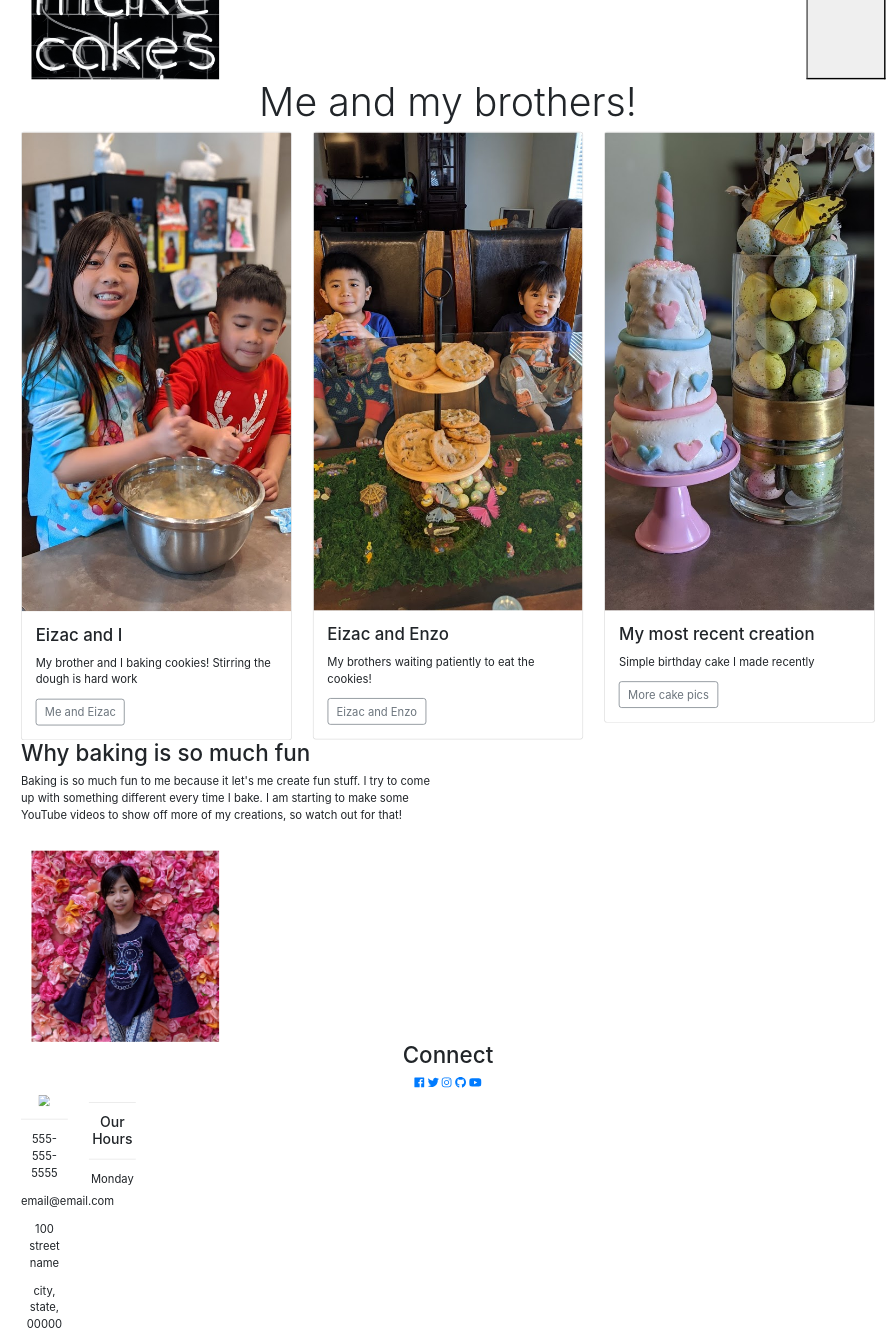
Repository: djzaragoza/Bea-Creation
Page: index.html
An editor plug-in stored every save of this project. The page is shown before and after a run of saves, followed by the edit.
The browser window is 1280 px wide. The pictures show the part of the page from y = 3445 to 5365 px (the page is 5365 px tall before and 5293 px after), at 70% of full size.
Some web libraries are served in a nearby version.

Above is the page before, as saved 2020-04-07 22:35:21.

### index.html
<!DOCTYPE html>
<html lang="en">
<head>
    <meta charset="utf-8">
    <meta name="viewport" content="width=device-width, initial-scale=1">
    <title>Bea's Creation</title>
    <link rel="stylesheet" href="https://maxcdn.bootstrapcdn.com/bootstrap/4.0.0/css/bootstrap.min.css">
    <script src="https://ajax.googleapis.com/ajax/libs/jquery/3.3.1/jquery.min.js"></script>
    <script src="https://cdnjs.cloudflare.com/ajax/libs/popper.js/1.12.9/umd/popper.min.js"></script>
    <script src="https://maxcdn.bootstrapcdn.com/bootstrap/4.0.0/js/bootstrap.min.js"></script>
    <script src="https://use.fontawesome.com/releases/v5.0.8/js/all.js"></script>
    <link rel="style.css" rel="stylesheet">
</head>
<body>

<!-- navigation -->
<nav class="navbar navbar-expand-md navbar-light bg-light sticky-top">
<div class="container-fluid">
    <a class="navbar-brand" href="#"><img src="img/bea_logo.png"></a>
    <button class="navbar-toggler" type="button" data-toggle="collapse" data-target="#navbarResponsive">
        <span class="navbar-toggler-icon"></span>
    </button>
    <div class="collapse navbar-collapse" id="navbarResponsive">
        <ul class="navbar-nav ml-auto">
            <li class="nav-item active">
                <a class="nav-link" href="#">Home</a>
            </li>
            <li class="nav-item">
                <a class="nav-link" href="#">Cakes</a>
            </li>
            <li class="nav-item">
                <a class="nav-link" href="#">Cupcakes</a>
            </li>
            <li class="nav-item">
                <a class="nav-link" href="#">Cookies</a>
            </li>
        </ul>
    </div>

</div>


</nav>


<!-- image slider -->
<div id="slides" class="carousel slide" data-ride="carousel">
    <ul class="carousel-indicators">
        <li data-target="#slides" data-slide-to="0" class="active"></li>
        <li data-target="#slides" data-slide-to="1">
        <li data-target="#slides" data-slide-to="2">
    </ul>
    <div class="carousel-inner">
        <div class="carousel-item active">
            <img src="img/bea_cover_photo.jpg">
            <div class="carousel-caption">
                <h1 class="display-2">Hello! Nice to meet you!</h1>
                <h3>I'm Bea!</h3>
                <button type="button" class="btn btn-outline-light btn-lg">About Me!</button>
                <button type="button" class="btn btn-primary btn-lg">Click Me!</button>
            </div>
        </div>
        <div class="carousel-item">
            <img src="img/bea_home_cookies.jpg">
        </div>
        <div class="carousel-item">
            <img src="img/bea_home_cupcakes.jpg">
        </div>
    </div>
</div>


<!-- jumbotron -->
<div class="container-fluid">
    <div class="row jumbotron">
        <div class="column-xs-12 col-sm-12 col-md-9 col-lg-9 col-xl-10">
            <p class="lead">Welcome to my page!  My daddy made it for me because he thinks I should show off all of the things I bake.  Check out his own website      ----------------------- > </p>
        </div>
        <div class="col-xs-12 col-sm-12 col-md-3 col-lg-3 col-xl-2">
            <a href="https://www.djzaragoza.dev" target="_blank"><button type="button" class="btn btn-outline-secondary btn-lg">My Daddy's page</button></a>
        </div>

    </div>
</div>

<!-- welcome section -->

<div class="container-fluid padding">
<div class="row welcome text-center">
    <div class="col-12">
        <h1 class="display-4">Creating yummy stuff is so much fun!</div>
    </div>
    <hr>
    <div class="col-12">
        <p class="lead">Welcome to my own site!  I love baking all kinds of cakes, cookies and cupcakes for my family.</p>
    </div>
<div>
</div>

<!-- three column section -->
<div class="container-fluid padding">
<div class="row text-center padding">
    <div class="col-xs-12 col-sm-6 col-md-4">
        <img src="img/cake_icon.png">
        <h3>Cakes</h3>
        <p>I love baking cakes because I like decorating and eating them</p>
    </div>
    <div class="col-xs-12 col-sm-6 col-md-4">
        <img src="img/cookie_icon.jpg">
        <h3>Cookies</h3>
        <p>Cookies are so much fun because it is quick to make!</p>
    </div>
    <div class="col-sm-12 col-md-4">
        <img src="img/cupcake_icon.jpg">
        <h3>Cupcakes</h3>
        <p>I enjoy decorating them!</p>
    </div>
</div>
<hr class="my-4">
</div>

<!-- two column section -->

<div class="container-fluid padding">
    <div class="row padding">
        <div class="col-md-12 col-lg-6">
            <h2>What inspires me ...</h2>
            <p>"Most recently, I learned another hobby: baking.  It's so much fun to mix all the ingredients and to see the cake come out nice.  It's so rewarding when the cake comes out great and tastes great."
            </p>
            <br>
            <a href="https://www.icingsmiles.org" target="_blank" class="btn btn-primary">Make a Difference</a>
        <div>
        <div class="col-lg-6">
            <img src="img/family_baking_icon.jpg" class="img-fluid">
        </div>
    </div>
</div>
<hr class="my-4">
<!-- fixed background -->
<figure>
    <div class="fixed-wrap">
        <div id="fixed">
        </div>
    </div>
</figure>


<!-- emoji section -->
<button class="fun" data-toggle="collapse" data-target="#emoji">Click for fun!</button>
<div id="emoji" class="collapse">
    <div class="container-fluid padding">
        <div class="row text-center">
            <div class="col-sm-6 col-md-3">
                <img class="gif" src="img/custard.png">
            </div>
            <div class="col-sm-6 col-md-3">
                <img class="gif" src="img/cake.png">
            </div>
            <div class="col-sm-6 col-md-3">
                <img class="gif" src="img/cupcake.png">
            </div>
            <div class="col-sm-6 col-md-3">
                <img class="gif" src="img/icecream.png">
            </div>
        </div>
    </div>
</div>

<!-- meet the team -->
<div class="container-fluid padding">
<div class="row welcome text-center">
    <div class="col-12">
        <h1 class="display-4">Me and my brothers!</h1>
    </div>
    <hr>
</div>
</div>


<!-- cards -->

<div class="container-fluid padding">
<div class="row padding">
    <div class="col-md-4">
        <div class="card">
            <img class="card-img-top" src="img/brothers_1.jpg">
            <div class="card-body">
                <h4 class="card-title">Eizac and I</h4>
                <p class="card-text">My brother and I baking cookies!  Stirring the dough is hard work</p>
                <a href="#" class="btn btn-outline-secondary">Me and Eizac</a>
            </div>
        </div>
    </div>

    <div class="col-md-4">
        <div class="card">
            <img class="card-img-top" src="img/brothers_2.jpg">
            <div class="card-body">
                <h4 class="card-title">Eizac and Enzo</h4>
                <p class="card-text">My brothers waiting patiently to eat the cookies!</p>
                <a href="#" class="btn btn-outline-secondary">Eizac and Enzo</a>
            </div>
        </div>
    </div>

    <div class="col-md-4">
        <div class="card">
            <img class="card-img-top" src="img/brothers_3.jpg">
            <div class="card-body">
                <h4 class="card-title">My most recent creation</h4>
                <p class="card-text">Simple birthday cake I made recently</p>
                <a href="#" class="btn btn-outline-secondary">More cake pics</a>
            </div>
        </div>
    </div>

</div>
</div>

<!-- two column section -->
<div class="container-fluid padding">
    <div class="row padding">
        <div class="col-md-12 col-lg-6">
            <h2>Why baking is so much fun</h2>
            <p>Baking is so much fun to me because it let's me create fun stuff.  I try to come up with something different every time I bake.  I am starting to make some YouTube videos to show off more of my creations, so watch out for that!
            </p>
            <br>
        <div>
        <div class="col-lg-6">
            <img src="img/bea_solo.jpg" class="img-fluid">
        </div>
    </div>
</div>

<!-- connect -->
<div class="container-fluid padding">
    <div class="row text-center padding">
        <div class="col-12">
            <h2>Connect</h2>
        </div>
        <div class="col-12 social padding">
            <a href="#"><i class="fab fa-facebook"></i></a>
            <a href="#"><i class="fab fa-twitter"></i></a>
            <a href="#"><i class="fab fa-instagram"></i></a>
            <a href="#"><i class="fab fa-github"></i></a>
            <a href="#"><i class="fab fa-youtube"></i></a>
        </div>
    </div>
</div>

<!-- footer -->
<footer>
    <div class="container-fluid padding">
        <div class="row text-center">
            <div class="col-md-4">
                <img src="#">
                <hr class="light">
                <p>555-555-5555</p>
                <p>email@email.com</p>
                <p>100 street name</p>
                <p>city, state, 00000</p>
            </div>
            <div class="col-md-4">
                <hr class="light">
                <h5>Our Hours</h5>
                <hr class="light">
                <p>Monday</p>
        </div>
    </div>
</footer>




</body>



</html>

After the next 2 saves:
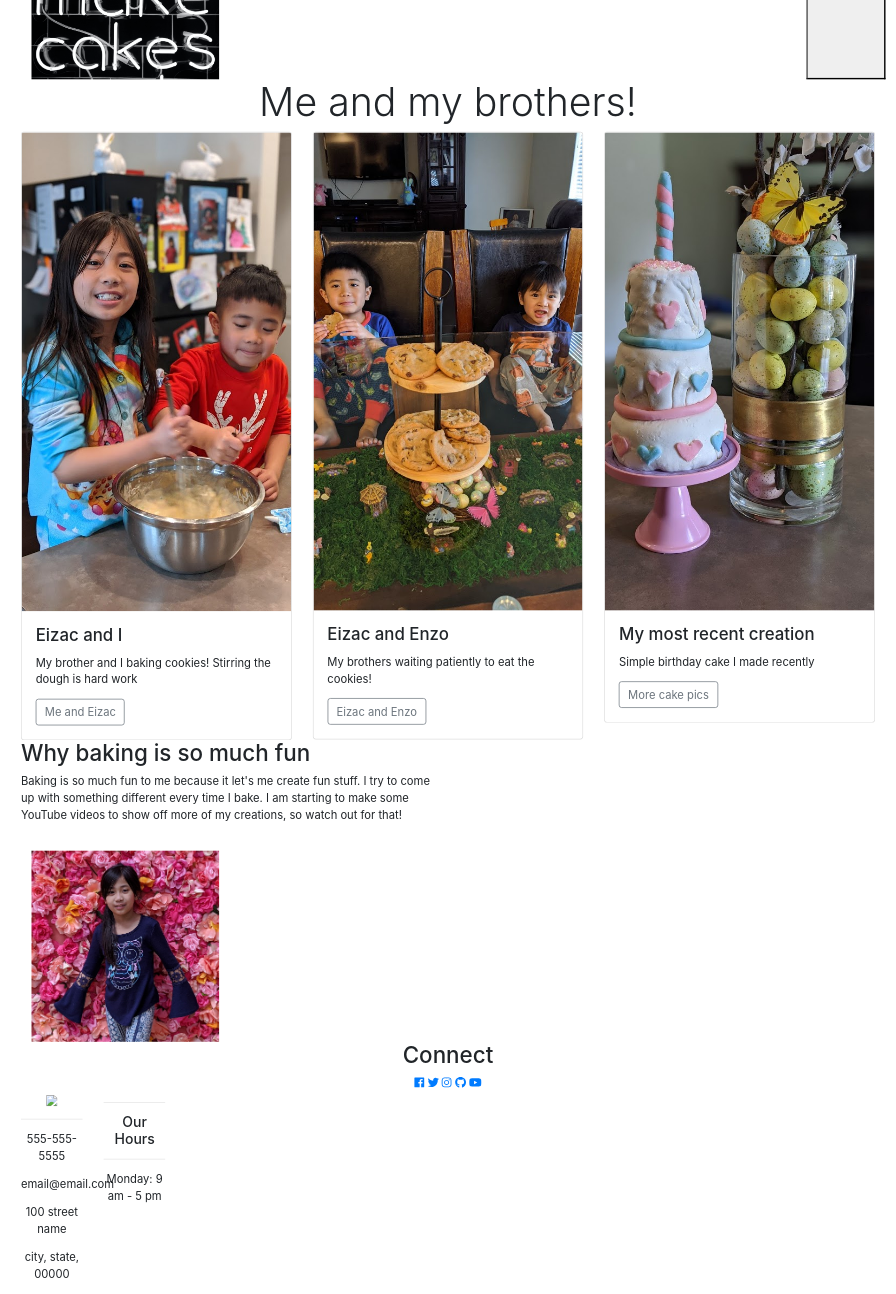
The 2 saves are shown as one change because they came seconds apart.
The last was saved 6 s later.
--- a/index.html
+++ b/index.html
@@ -264,7 +264,7 @@
                 <hr class="light">
                 <h5>Our Hours</h5>
                 <hr class="light">
-                <p>Monday</p>
+                <p>Monday: 9 am - 5 pm</p>
         </div>
     </div>
 </footer>
